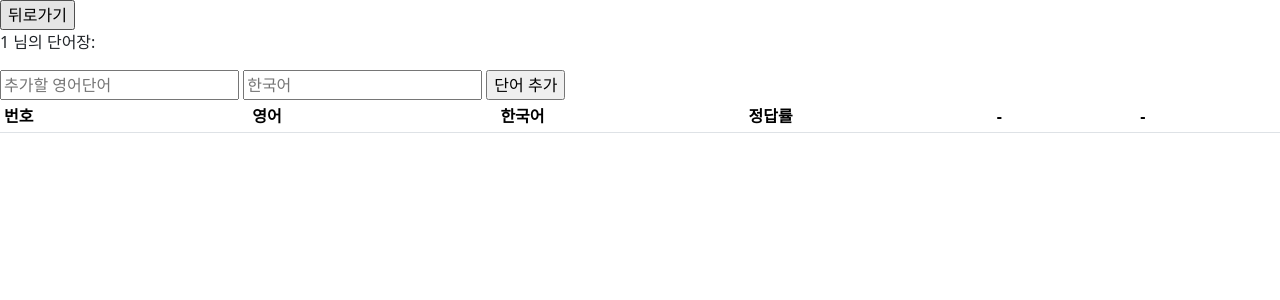
Repository: kokoko12334/myvocab-toy
Page: http://localhost/myVocabularyList/detail
The author's editor kept a copy of each file at every save. The page is drawn from the files as they stood at one save, then again after the next save.
The browser window is 1280 px wide. The pictures show the whole page.
The page is served by Tomcat 9. The session is filled in as if someone had signed in: {"id": 1, "pwd": 1, "list": 1}. Other server files are loaded and not shown. Queries for data that is not in the repository find no rows.

Above is the page before, as saved 2023-04-07 12:24:49.

### myVocabularyList/src/main/webapp/WEB-INF/views/myvocabulary/detail.jsp
<%@ page language="java" contentType="text/html; charset=UTF-8"
    pageEncoding="UTF-8"%>
<%@ taglib prefix="c" uri = "http://java.sun.com/jsp/jstl/core" %>
<!DOCTYPE html>
<html>
<head>
<meta charset="UTF-8">
<title>Insert title here</title>
<link href="https://cdn.jsdelivr.net/npm/bootstrap@5.3.0-alpha3/dist/css/bootstrap.min.css" rel="stylesheet" integrity="sha384-KK94CHFLLe+nY2dmCWGMq91rCGa5gtU4mk92HdvYe+M/SXH301p5ILy+dN9+nJOZ" crossorigin="anonymous">

</head>
<body>

	<form action = "/login" method = "post">
		<input type = "hidden" name = "id"  value = "${id}">
		<input type = "hidden" name = "pwd" value =  "${pwd}">
		<input type = submit value = "뒤로가기">
	</form>

	<p>${id} 님의 단어장: ${vocabName}</p>

	<form action = "/addword" method = "post">
		<input type = text name = "english" placeholder = "추가할 영어단어">
		<input type = text name = "korean" placeholder = "한국어">
		<input type = submit value = "단어 추가">
	</form>

	<table class="table table-sm">
		<colgroup>
            <col width=1px>
            <col width=1px>
            <col width=1px>
            <col width=1px>
            <col width=1px>
            <col width=1px>
        </colgroup>
		<tr>
			<th>번호</th>
			<th>영어</th>
			<th>한국어</th>
			<th>정답률</th>
			<th>-</th>
			<th>-</th>
		</tr>

		<c:forEach var = "w" items = "${wordsList}" varStatus = "st">
			<tr>
				<td>${st.index+1} </td>
				<td>${w[0]}</td>
				<td>${w[1]}</td>
				<td>${w[2]}</td>
				<td><input type="button" value="수정" onclick="showPopup('${w[0]}','${w[1]}');"/></td>
				<td><button type="button" onclick="location.href='/deleteword?idx=${st.index}&english=${w[0]}&korean=${w[1]}'">단어 삭제</button></td>
			</tr>
		</c:forEach>
	</table>



	 <script>
  		function showPopup(english, korean) {

  			var url = "/updateword?english=" + english + "&korean=" + korean;
  			window.open(url, "단어 수정창", "width=500, height=50, left=50, top=50");
  			}
  	</script>

</body>
</html>

### myVocabularyList/src/main/java/com/ko/web/controller/DetailController.java
package com.ko.web.controller;

import java.io.IOException;
import java.sql.SQLException;
import java.util.ArrayList;
import java.util.List;

import javax.servlet.ServletException;
import javax.servlet.annotation.WebServlet;
import javax.servlet.http.HttpServlet;
import javax.servlet.http.HttpServletRequest;
import javax.servlet.http.HttpServletResponse;
import javax.servlet.http.HttpSession;

import com.ko.web.service.WordsService;

@WebServlet("/detail")
public class DetailController extends HttpServlet{



	@Override
	protected void doGet(HttpServletRequest req, HttpServletResponse resp) throws ServletException, IOException {

		String id = req.getParameter("id");
		String vocabName = req.getParameter("name");


		WordsService wordsSvc = new WordsService();

		List<List<String>> wordsList = new ArrayList<>();


		try {

			wordsList = wordsSvc.getwords(id, vocabName);

			HttpSession session = req.getSession(false);
			session.setAttribute("wordsList", wordsList);
			session.setAttribute("vocabName", vocabName); // 단어장 이름도 저장


		} catch (ClassNotFoundException e) {

			e.printStackTrace();
		} catch (SQLException e) {

			e.printStackTrace();
		}

		req.getRequestDispatcher("/WEB-INF/views/myvocabulary/detail.jsp").forward(req, resp);









	}

}

### myVocabularyList/src/main/java/com/ko/web/service/WordsService.java
package com.ko.web.service;

import java.sql.Connection;
import java.sql.DriverManager;
import java.sql.PreparedStatement;
import java.sql.ResultSet;
import java.sql.SQLException;
import java.util.ArrayList;
import java.util.HashMap;
import java.util.List;

import com.ko.web.entity.WordsDto;
import com.mysql.cj.protocol.Resultset;

public class WordsService {
	String driver = "com.mysql.cj.jdbc.Driver";
	String url = "jdbc:mysql://localhost:3306/myvocab";
	String user = "test";
	String password = "1234";


	public int insert(WordsDto dto) throws ClassNotFoundException, SQLException {

		String id = dto.getId();
		String vocabName = dto.getVocabName();
		String english = dto.getEnglish();
		String korean = dto.getKorean();

		// 중복 단어 체크
		List<List<String>> list = new ArrayList<>();

		list = getwords(id, vocabName);

		for(List<String> i: list) {

			String check = i.get(0);

			if(check.equals(english)) {
				return -1;
			}

		}


		Class.forName(driver);

		Connection con = DriverManager.getConnection(url, user,password);

		String sql = "INSERT INTO words(id, vocab_name, english, korean) VALUES(?,?,?,?)";

		PreparedStatement psmt = con.prepareStatement(sql);

		psmt.setString(1, id);
		psmt.setString(2, vocabName);
		psmt.setString(3, english);
		psmt.setString(4, korean);



		int result = psmt.executeUpdate();


		psmt.close();
		con.close();


		return result;
	}


	public List<List<String>> getwords(String id, String vocabName) throws ClassNotFoundException, SQLException{

		String english;
		String korean;
		String score;

		Class.forName(driver);

		Connection con = DriverManager.getConnection(url, user,password);

		String sql = "SELECT english, korean, score FROM words WHERE id = ? AND vocab_name = ?";

		PreparedStatement psmt = con.prepareStatement(sql);

		psmt.setString(1, id);
		psmt.setString(2, vocabName);


		ResultSet rs = psmt.executeQuery();


		List<List<String>> list = new ArrayList<>();

		while(rs.next()) {

			List<String> words = new ArrayList<>();

			english = rs.getString("english");
			korean = rs.getString("korean");
			score = rs.getString("score");

			words.add(english);
			words.add(korean);
			words.add(score);

			list.add(words);
		}

		rs.close();
		psmt.close();
		con.close();


		return list;
	}

	public int deleteWord(WordsDto dto) throws ClassNotFoundException, SQLException {

		String id = dto.getId();
		String vocabName = dto.getVocabName();
		String english = dto.getEnglish();
		String korean = dto.getKorean();

		Class.forName(driver);

		Connection con = DriverManager.getConnection(url, user,password);

		String sql = "DELETE FROM words WHERE id = ? AND vocab_name = ? AND english = ? AND korean = ?";

		PreparedStatement psmt = con.prepareStatement(sql);

		psmt.setString(1, id);
		psmt.setString(2, vocabName);
		psmt.setString(3, english);
		psmt.setString(4, korean);

		int result = psmt.executeUpdate();


		psmt.close();
		con.close();

		return result;
	}


	public int updateWord(WordsDto dto, String changedEnglish, String changedKorean) throws ClassNotFoundException, SQLException {


		String id = dto.getId();
		String vocabName = dto.getVocabName();
		String english = dto.getEnglish();

		Class.forName(driver);

		Connection con = DriverManager.getConnection(url, user,password);

		String sql = "UPDATE words SET english = ?, korean = ? WHERE id = ? AND vocab_name= ? AND english = ?";

		PreparedStatement psmt = con.prepareStatement(sql);

		psmt.setString(1, changedEnglish);
		psmt.setString(2, changedKorean);
		psmt.setString(3, id);
		psmt.setString(4, vocabName);
		psmt.setString(5, english);



		int result = psmt.executeUpdate();


		psmt.close();
		con.close();


		return result;


	}
}

After the next save:
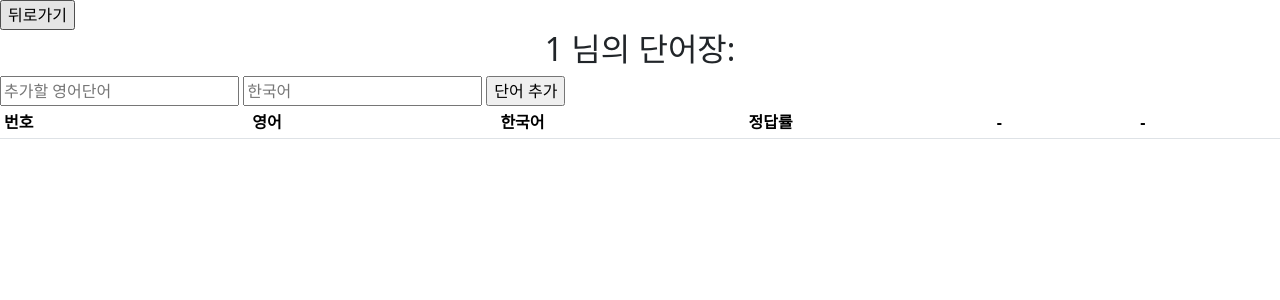
Saved 44 s later.
--- a/myVocabularyList/src/main/webapp/WEB-INF/views/myvocabulary/detail.jsp
+++ b/myVocabularyList/src/main/webapp/WEB-INF/views/myvocabulary/detail.jsp
@@ -16,9 +16,9 @@
 		<input type = "hidden" name = "pwd" value =  "${pwd}">
 		<input type = submit value = "뒤로가기">
 	</form>
-
-	<p>${id} 님의 단어장: ${vocabName}</p>
-
+	<div class="col text-center">
+		<h2>${id} 님의 단어장: ${vocabName}</h2>
+	</div>
 	<form action = "/addword" method = "post">
 		<input type = text name = "english" placeholder = "추가할 영어단어">
 		<input type = text name = "korean" placeholder = "한국어">
